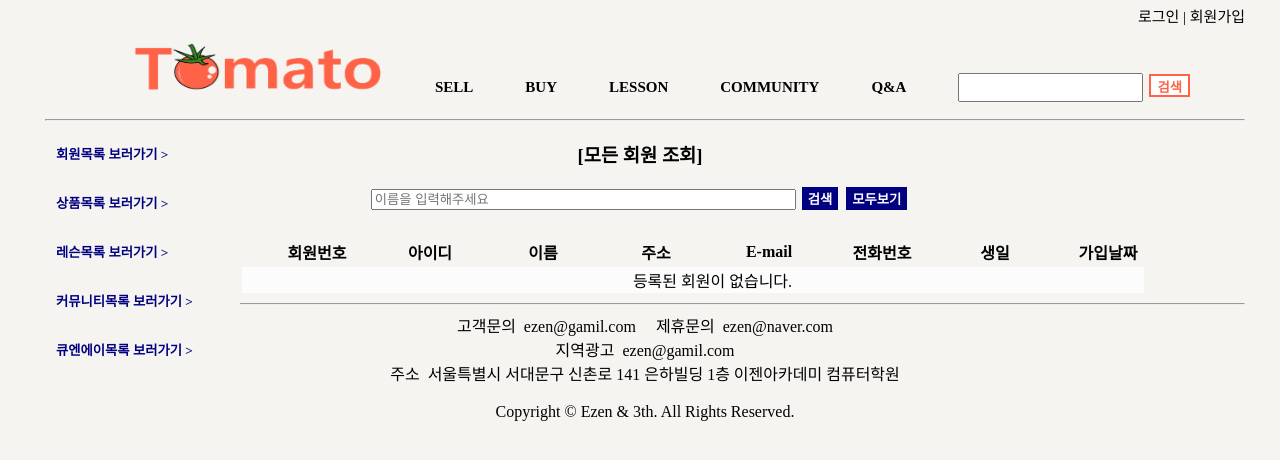
Repository: javadogfoot/semi-project
Page: http://localhost/tomato/admin/memberListAll_admin.jsp
An editor plug-in stored every save of this project. The page is shown before and after the next save, followed by the edit.
The browser window is 1280 px wide. The pictures show the whole page.
The page is served by Tomcat 9. Queries for data that is not in the repository find no rows.

Above is the page before, as saved 2021-10-18 16:15:06.

After the next save:
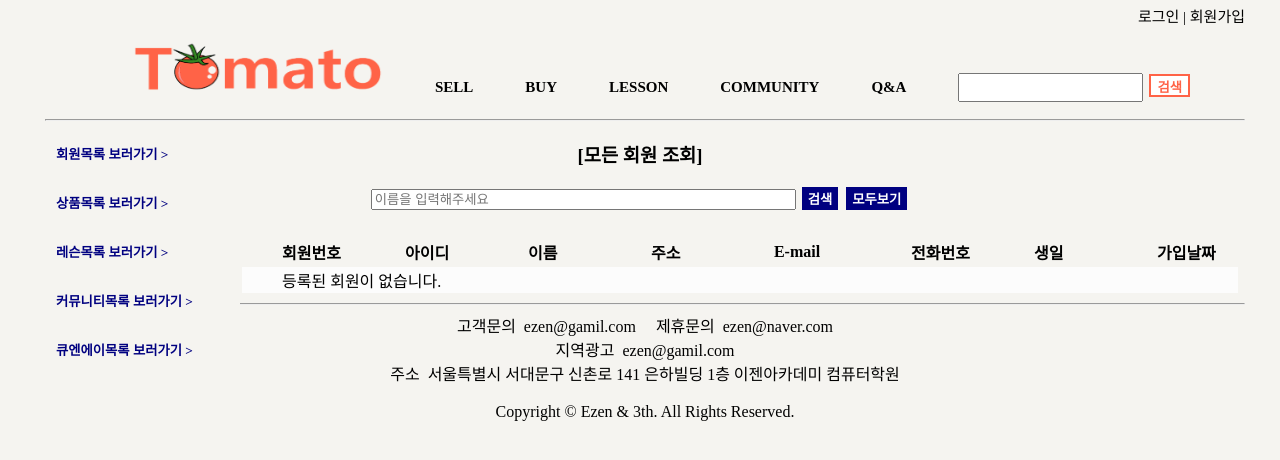
Saved 12 s later.
--- a/semi프로젝트워크스페이스/tomato/src/main/webapp/admin/memberListAll_admin.jsp
+++ b/semi프로젝트워크스페이스/tomato/src/main/webapp/admin/memberListAll_admin.jsp
@@ -66,8 +66,8 @@ form {
    table.table tr th, table.table tr td {
        border-color: #e9e9e9;
        padding-left: 40px;
-       width: 70px;
-       text-align:center;
+       width: 770px;
+       text-align:left;
     }
     table.table-striped tbody tr:nth-of-type(odd) {
        background-color: #fcfcfc;
